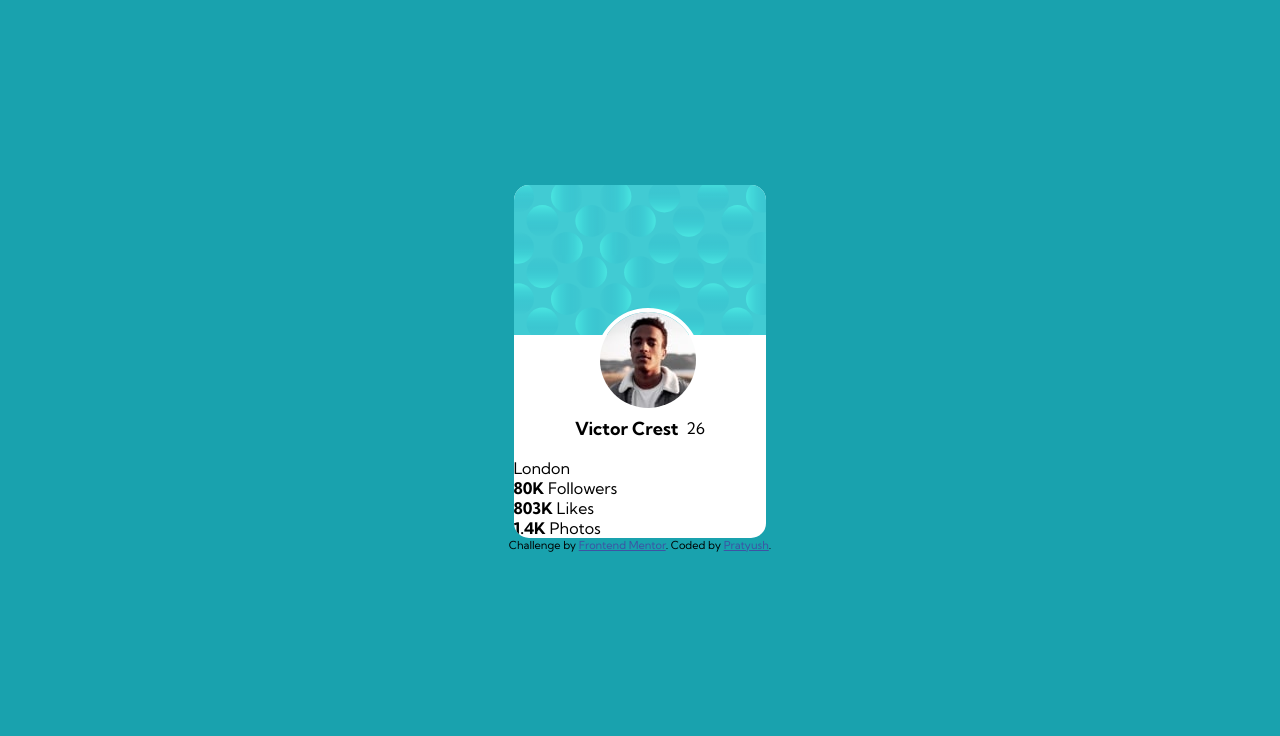
Repository: PratypartyY2K/frontendmentor-challenges
Page: profile-card-component-main/index.html
These files come from the project's save history. The page is drawn as it stood at one moment and after the next save; the edit follows.
The browser window is 1280 px wide. The pictures show the whole page.

Above is the page before, as saved 2021-07-15 13:26:06.

### profile-card-component-main/index.html
<!DOCTYPE html>
<html lang="en">
  <head>
    <meta charset="UTF-8" />
    <meta name="viewport" content="width=device-width, initial-scale=1.0" />
    <!-- displays site properly based on user's device -->

    <link
      rel="icon"
      type="image/png"
      sizes="32x32"
      href="./images/favicon-32x32.png"
    />

    <title>Frontend Mentor | Profile card component</title>

    <link rel="stylesheet" href="style.css" />
  </head>
  <body>
    <!--
    <div class="bg-upper-img">
      <img src="images/bg-pattern-top.svg">
    </div>
  -->
    <div class="card-wrapper">
      <div class="upper-div">
        <!--background-->
      </div>
      <img src="images/image-victor.jpg">
      <div class="middle-div">

          <div class="row-1"><h3>Victor Crest</h3>26</div>
          <div class="row-2">London</div>

      </div>
      <div class="stats">
        <div class="stat_element">
          <b>80K</b>
          Followers
        </div>
        <div class="stat_element">
          <b>803K</b>
          Likes
        </div>
        <div class="stat_element">
          <b>1.4K</b>
          Photos
        </div>
      </div>
    </div>


    <div class="attribution">
      Challenge by
      <a href="https://www.frontendmentor.io?ref=challenge" target="_blank"
        >Frontend Mentor</a
      >. Coded by
      <a
        href="https://www.frontendmentor.io/profile/PratypartyY2K"
        target="_blank"
        >Pratyush</a
      >.
    </div><!--
    <div class="bg-bottom-img">
      <img src="images/bg-pattern-bottom.svg">
    </div>-->
  </body>
</html>

### profile-card-component-main/style.css
@import url("https://fonts.googleapis.com/css2?family=Kumbh+Sans:wght@400;700&display=swap");

:root {
  --primary-cyan: hsl(185, 75%, 39%);
  --primary-blue: hsl(229, 23%, 23%);
  --primart-grayish-blue: hsl(227, 10%, 46%);
  --neutral-dark-gray: hsl(0, 0%, 59%);
}

body {
  font-family: "Kumbh Sans", sans-serif;
  position: relative;
  background-color: var(--primary-cyan);
  min-height: 100vh;
  display: flex;
  flex-direction: column;
  justify-content: center;
  align-items: center;
}

.card-wrapper {
    display: flex;
    flex-direction: column;
    background-color: white;
    width: 20%;
    position: relative;
    border-radius: 15px;
    overflow: hidden;
}

.upper-div {
    background-image: url('images/bg-pattern-card.svg');
    background-repeat: no-repeat;
    background-size: cover;
    width: 100%;
    height: 150px;
}

.card-wrapper > img {
    position: absolute;
    border-radius: 50%;
    border: 4px solid white;
    left: 32.5%;
    top: 35%;
}

.middle-div {
    display: flex;
    flex-direction: column;
    margin-top: 4rem;
}

.row-1 {
    display: flex;
    justify-content: center;
    align-items: center;
}

.row-1 h3 {
    padding: 0;
    margin-right: 0.5rem;
    font-size: 18px;
}






.attribution {
  font-size: 11px;
  text-align: center;
}
.attribution a {
  color: hsl(228, 45%, 44%);
}

After the next save:
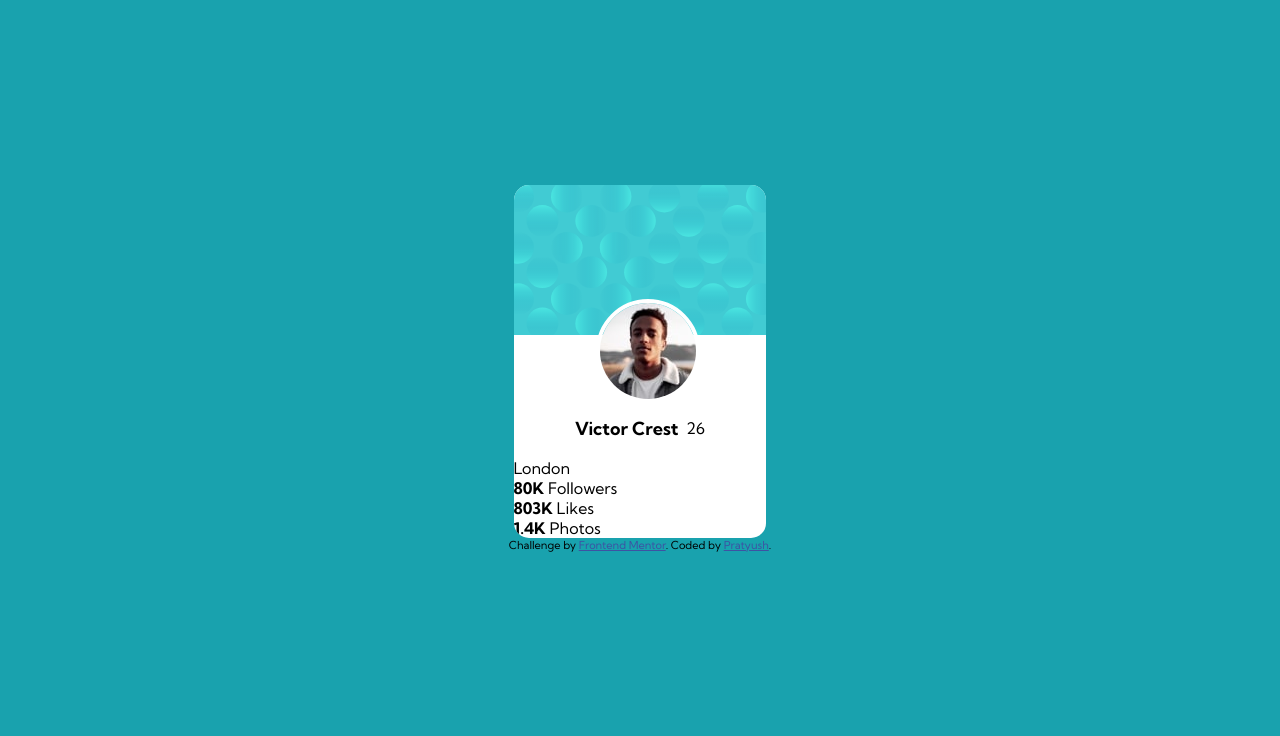
Saved 21 s later.
--- a/profile-card-component-main/style.css
+++ b/profile-card-component-main/style.css
@@ -41,7 +41,7 @@
     border-radius: 50%;
     border: 4px solid white;
     left: 32.5%;
-    top: 35%;
+    top: 32.5%;
 }
 
 .middle-div {
